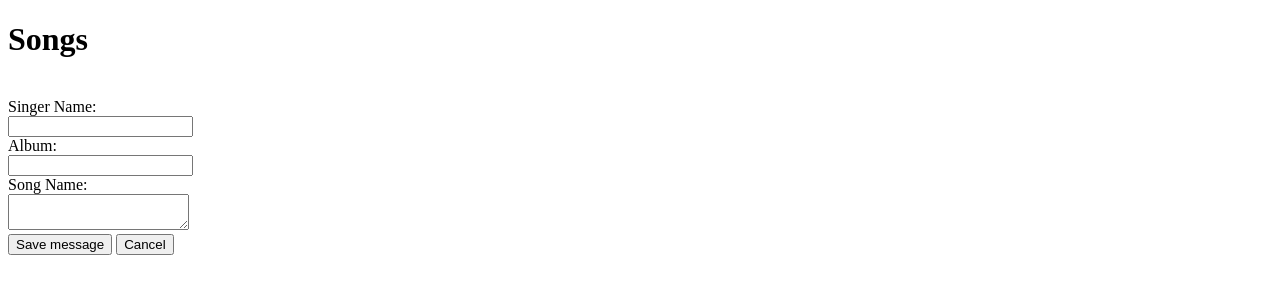
Repository: taudordenisa/proiect-cloud-computing
Page: frontend/index.html
The author's editor kept a record of every edit. The page is drawn from the files as they stood at one moment, then again after the next edit.
The browser window is 1280 px wide. The pictures show the whole page.

Above is the page before.

After the next edit:
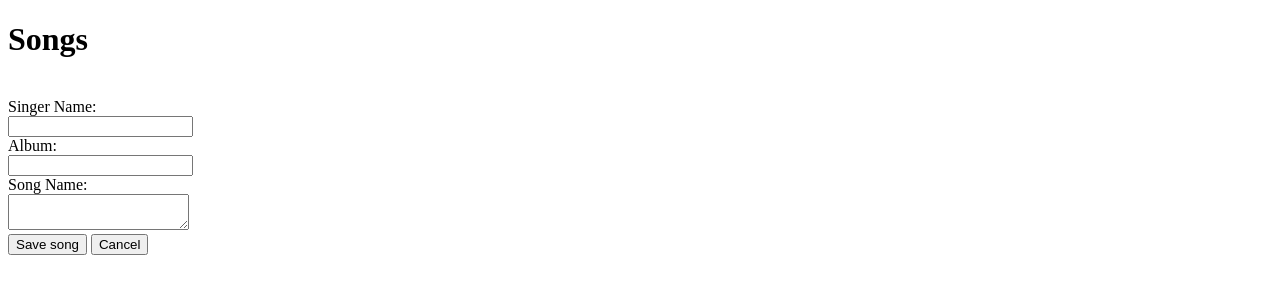
The edit:
--- a/frontend/index.html
+++ b/frontend/index.html
@@ -14,8 +14,8 @@
             Album:<br />
             <input type="text" name="album" id="album"><br/>
             Song Name:<br />
-            <textarea name="message" id="message"></textarea> <br/>
-            <input type="submit" value="Save message">
+            <textarea name="name" id="name"></textarea> <br/>
+            <input type="submit" value="Save song">
             <input type="reset" value="Cancel">
     </form>
 </html>
